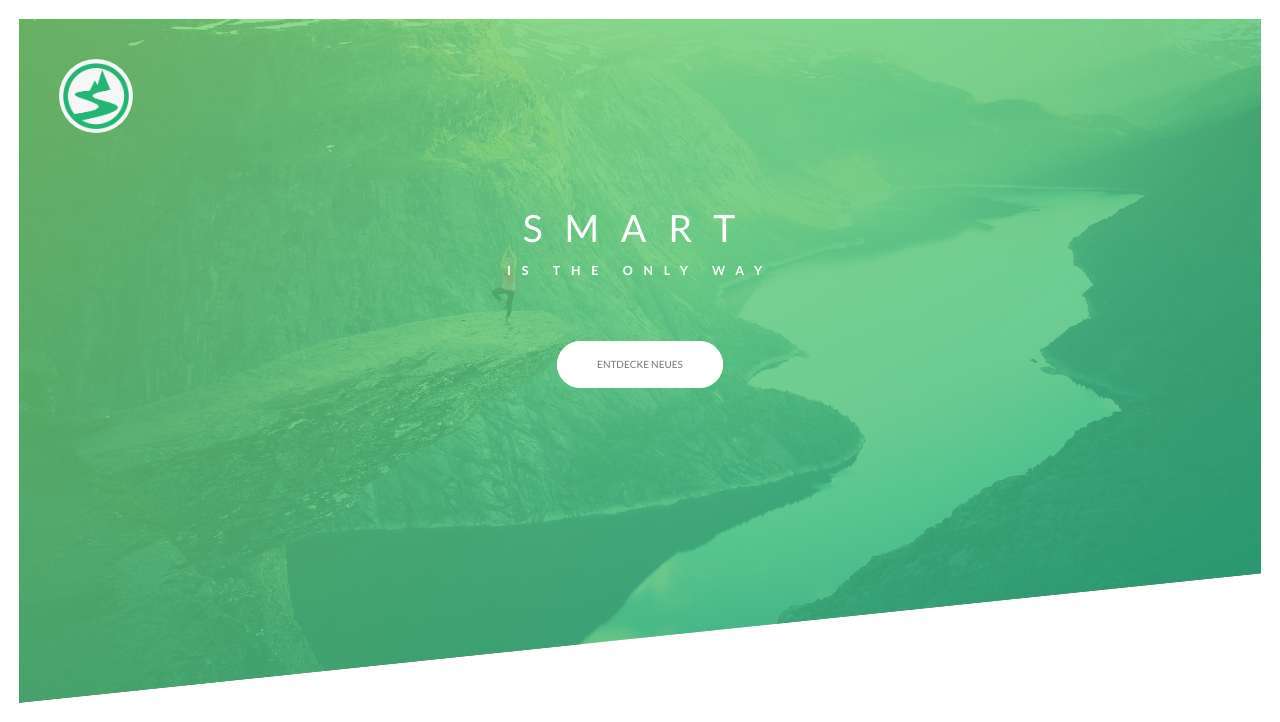
Repository: mukiSabljakovic/NatoursV1
Page: index.html
The author's editor kept a copy of each file at every save. The page is drawn from the files as they stood at one save, then again after the next save.
The browser window is 1280 px wide. The pictures show the whole page.
Some web libraries are served in a nearby version.

Above is the page before, as saved 2020-05-11 17:03:31.

After the next save:
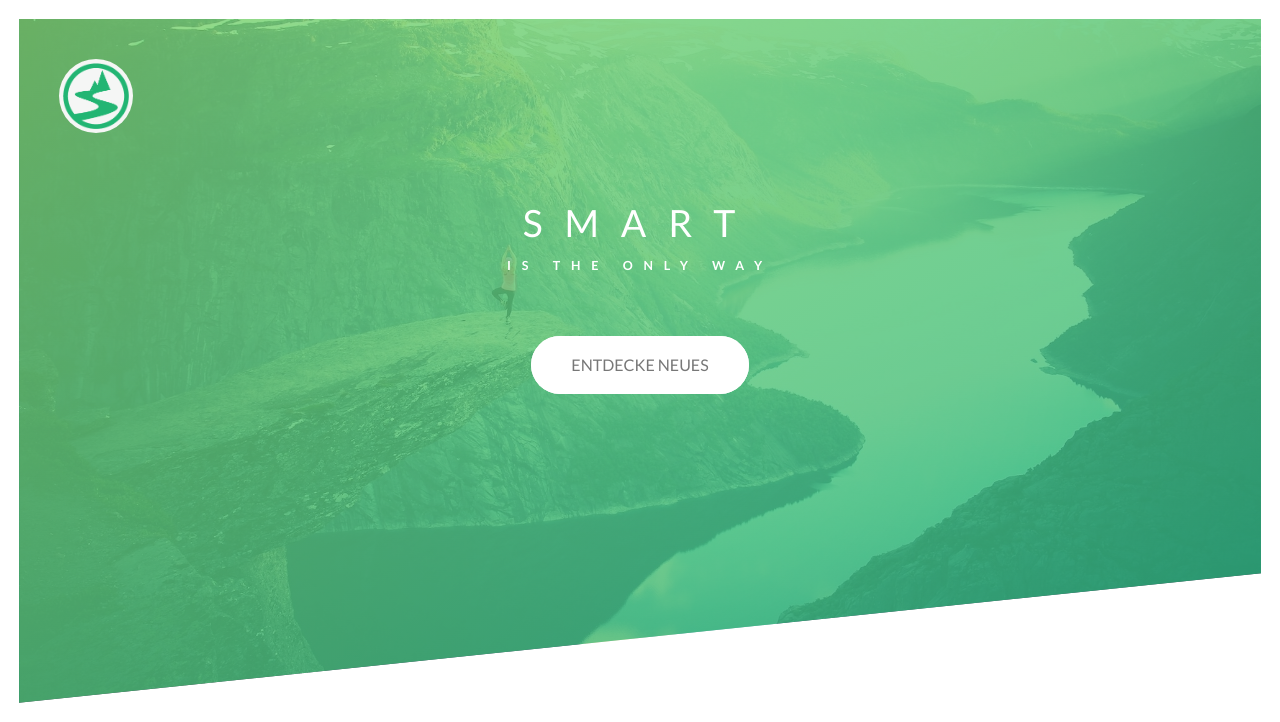
Saved 26 s later.
--- a/css/style.css
+++ b/css/style.css
@@ -27,7 +27,7 @@ html {
 body {
     font-family: 'Lato', sans-serif;
     font-weight: 400;
-    font-size: 1rem;
+    font-size: 1.6rem;
     line-height: 1.7;
     color: #777;
     padding: 1.875rem;
